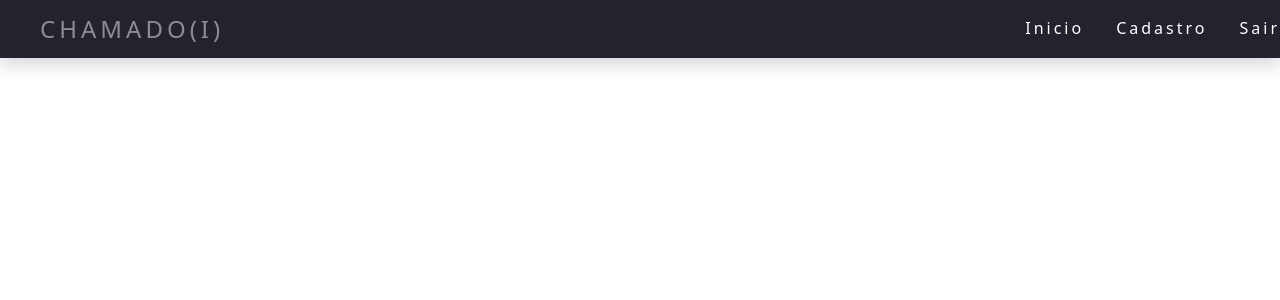
Repository: isaquemc2001/isaque-utilities
Page: index.html
An editor plug-in stored every save of this project. The page is shown before and after the next save, followed by the edit.
The browser window is 1280 px wide. The pictures show the whole page.

Above is the page before, as saved 2021-10-28 11:53:28.

### index.html
<!DOCTYPE html>
<html lang="pt-br">

<head>
    <meta charset="UTF-8">
    <meta http-equiv="X-UA-Compatible" content="IE=edge">
    <meta name="viewport" content="width=device-width, initial-scale=1.0">
    <title>Chamado</title>
    <script src="https://cdn.jsdelivr.net/npm/bootstrap@5.0.2/dist/js/bootstrap.bundle.min.js"
        integrity="sha384-MrcW6ZMFYlzcLA8Nl+NtUVF0sA7MsXsP1UyJoMp4YLEuNSfAP+JcXn/tWtIaxVXM"
        crossorigin="anonymous"></script>
    <link href="https://cdn.jsdelivr.net/npm/bootstrap@5.0.2/dist/css/bootstrap.min.css" rel="stylesheet"
        integrity="sha384-EVSTQN3/azprG1Anm3QDgpJLIm9Nao0Yz1ztcQTwFspd3yD65VohhpuuCOmLASjC" crossorigin="anonymous">
    <link rel="stylesheet" href="style.css">
</head>

<body>

    <header>
        <nav class="shadow">
            <a class="logo" href="#">Chamado(i)</a>
            <div class="mobile-menu">
                <div class="line1"></div>
                <div class="line2"></div>
                <div class="line3"></div>
            </div>
            <ul class="nav-list">
                <li><a href="#">Inicio</a></li>
                <li><a href="#">Cadastro</a></li>
                <li><a href="#">Sair</a></li>
            </ul>
        </nav>
    </header>



    <script src="mobile_navbar.js"></script>

</body>

</html>

### style.css
* {
    margin: 0;
    padding: 0;
}

a {
    color: #FFFFFF;
    text-decoration: none;
    transition: 0.3s;
}

a:hover {
    opacity: 0.6;
    color: #d3d3d3;
}

.logo {
    font-size: 24px;
    text-transform: uppercase;
    letter-spacing: 4px;
    padding: 40px;
}

nav {
    display: flex;
    justify-content: space-between;
    align-items: center;
    font-family: system-ui, -apple-system, Helvetica, Arial, sans-serif;
    background: #23232e;
    height: 8vh;
}

main {
    background: url("bg.jpg") no-repeat center center;
    background-size: cover;
    height: 92vh;
}

.nav-list {
    list-style: none;
    display: flex;
    padding: 0;
    margin-top: 15px;
}

.nav-list li {
    letter-spacing: 3px;
    margin-left: 32px;
}

.mobile-menu {
    display: none;
    cursor: pointer;
}

.mobile-menu div {
    width: 32px;
    height: 2px;
    background: #fff;
    margin: 8px;
    transition: 0.3s;
}

@media (max-width: 999px) {
    body {
        overflow-x: hidden;
    }
    .nav-list {
        position: absolute;
        top: 8vh;
        right: 0;
        width: 50vw;
        height: 92vh;
        background: #23232e;
        flex-direction: column;
        align-items: center;
        transform: translate(100%);
        transition: transform 0.3s ease-in;
    }
    .nav-list li {
        margin-left: 0;
        opacity: 0;
        letter-spacing: 3px;
        margin-top: 32px;
    }
    .mobile-menu {
        display: block;
        padding: 25px;
    }
}

.nav-list.active {
    transform: translateX(0);
}

@keyframes navLinkFade {
    from {
        opacity: 0;
        transform: translateX(50px);
    }

    to {
        opacity: 1;
        transform: translateX(0);
    }
}

.mobile-menu.active .line1 {
    transform: rotate(-45deg) translate(-8px, 8px);
}

.mobile-menu.active .line2 {
    opacity: 0;
}

.mobile-menu.active .line3 {
    transform: rotate(45deg) translate(-6px, -6px);
}

### mobile_navbar.js
class MobileNavbar {
    constructor(mobileMenu, navList, navLinks) {
        this.mobileMenu = document.querySelector(mobileMenu);
        this.navList = document.querySelector(navList);
        this.navLinks = document.querySelectorAll(navLinks);
        this.activeClass = "active";

        this.handleClick = this.handleClick.bind(this);
    }

    animateLinks() {
        this.navLinks.forEach((link, index) => {
            link.style.animation
            ? (link.style.animation = "")
            : (link.style.animation = 'navLinkFade 0.5s ease forwards 0.3s');
        });
    }

    handleClick() {
        this.navList.classList.toggle(this.activeClass);
        this.mobileMenu.classList.toggle(this.activeClass);
        this.animateLinks();
    }

    addClickEvent() {
        this.mobileMenu.addEventListener("click", this.handleClick);
    }

    init() {
        if (this.mobileMenu) {
            this.addClickEvent();
        }
        return this;
    }
}

const mobileNavbar = new MobileNavbar(
    ".mobile-menu",
    ".nav-list",
    ".nav-list li",
);

mobileNavbar.init();

After the next save:
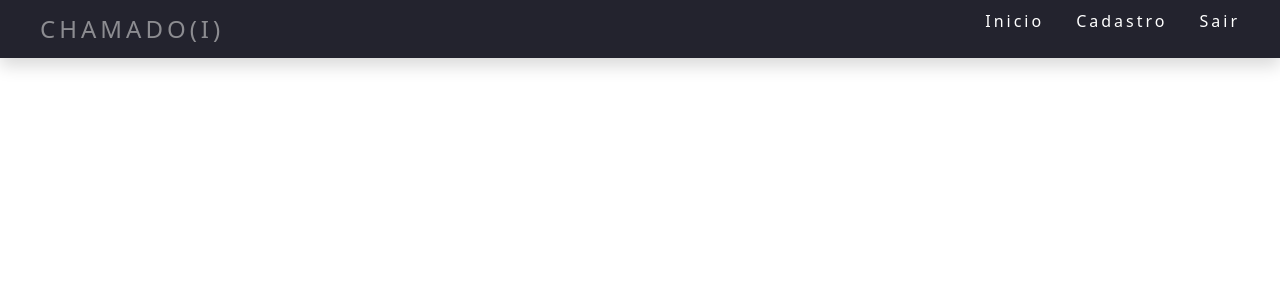
Saved 60 s later.
--- a/style.css
+++ b/style.css
@@ -39,8 +39,7 @@ main {
 .nav-list {
     list-style: none;
     display: flex;
-    padding: 0;
-    margin-top: 15px;
+    padding: 40px;
 }
 
 .nav-list li {
